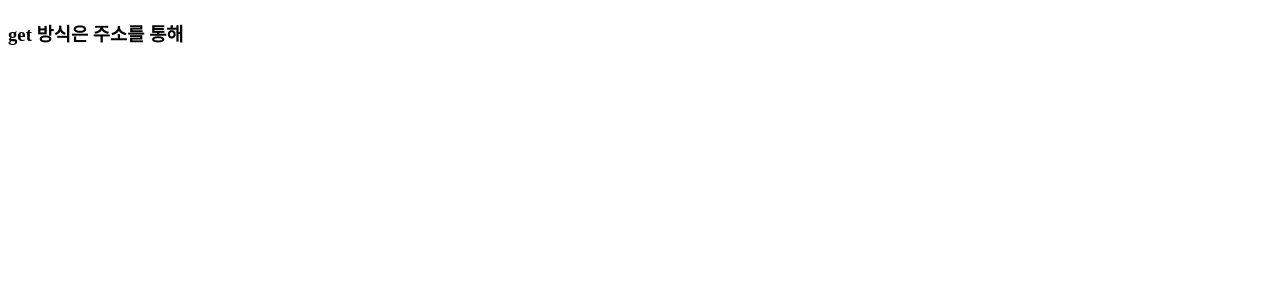
Repository: hyejux/jsp
Page: http://localhost/JSPBasic/request/request03.jsp
These files come from the project's save history. The page is drawn as it stood at one moment and after the next save; the edit follows.
The browser window is 1280 px wide. The pictures show the whole page.
The page is served by Tomcat 10. Other server files are loaded and not shown.

Above is the page before, as saved 2024-06-25 06:23:53.

### JSPBasic/src/main/webapp/request/request03.jsp
<%@ page language="java" contentType="text/html; charset=UTF-8"
    pageEncoding="UTF-8"%>
<!DOCTYPE html>
<html>
<head>
<meta charset="UTF-8">
<title>Insert title here</title>
</head>
<body>
<h3> get 방식은 주소를 통해</h3>

<a href="request04.jsp"></a>



</body>
</html>

After the next save:
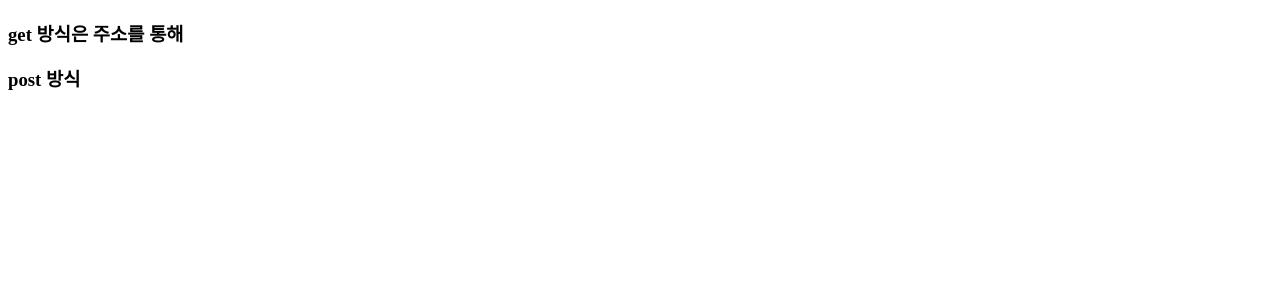
Saved 111 s later.
--- a/JSPBasic/src/main/webapp/request/request03.jsp
+++ b/JSPBasic/src/main/webapp/request/request03.jsp
@@ -9,8 +9,10 @@
 <body>
 <h3> get 방식은 주소를 통해</h3>
 
-<a href="request04.jsp"></a>
+<a href="request04.jsp?nick=홍길동"></a>
 
+
+<h3>post 방식 </h3>
 
 
 </body>
